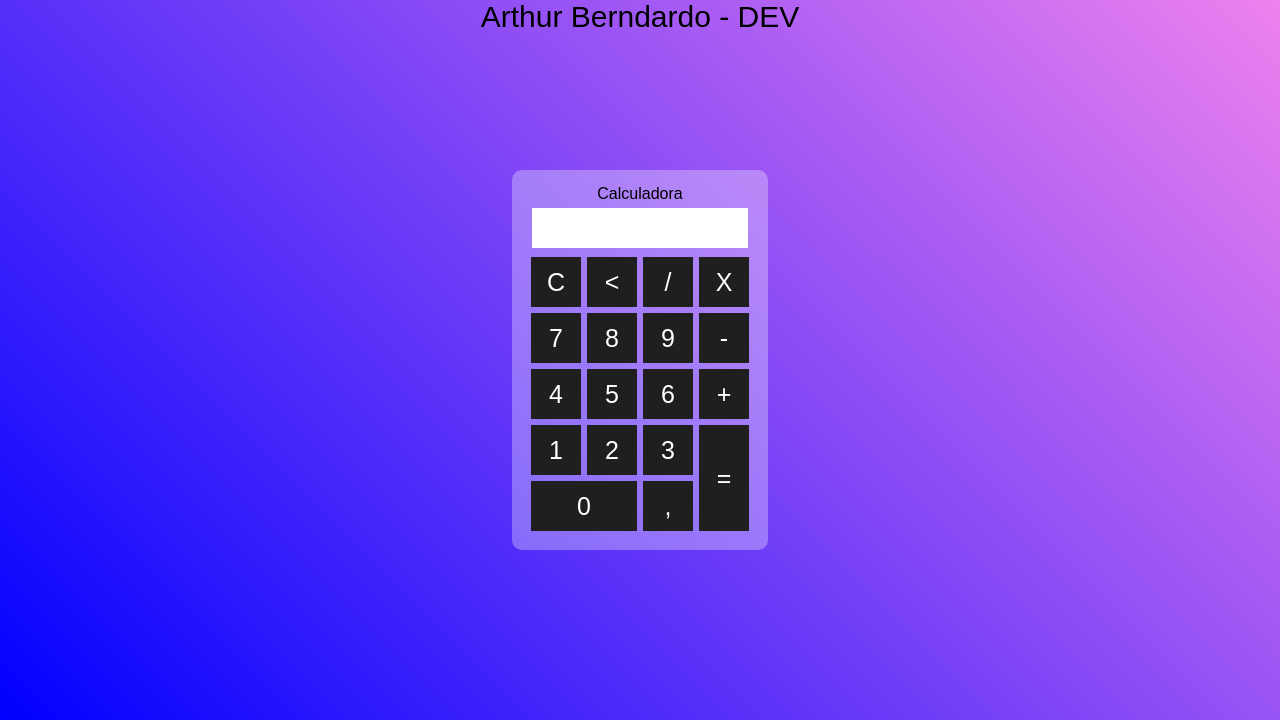
Repository: oThurDev/calculadora
Page: calculadora.html
The author's editor kept a copy of each file at every save. The page is drawn from the files as they stood at one save, then again after the next save.
The browser window is 1280 px wide. The pictures show the whole page.

Above is the page before, as saved 2022-02-25 16:34:35.

After the next save:
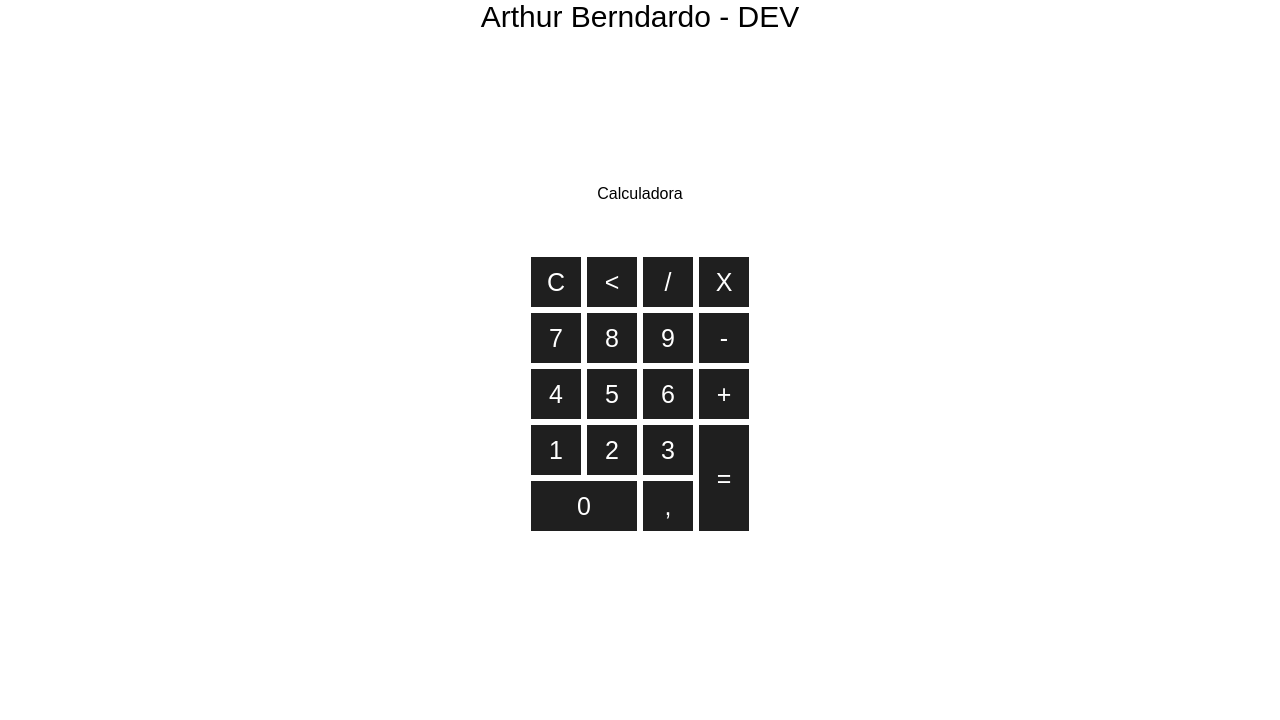
Saved 2 min 11 s later.
--- a/style_calculadora.css
+++ b/style_calculadora.css
@@ -4,7 +4,7 @@
 }
 
 .fundo{
-    background-image: linear-gradient(45deg, blue, violet);
+    background-image: linear-gradientbackground-image:(180deg, #66c4e8 0, #6ec3eb 8.33%, #76c1ee 16.67%, #7fbff0 25%, #89bdf2 33.33%, #93bbf2 41.67%, #9db9f2 50%, #a7b7f1 58.33%, #b1b4ef 66.67%, #bab2ec 75%, #c3afe8 83.33%, #ccade4 91.67%, #d3abdf 100%);
     height: 100vh;
     color: black;
     font-family: Arial, Helvetica, sans-serif;

After the 2 saves that followed:
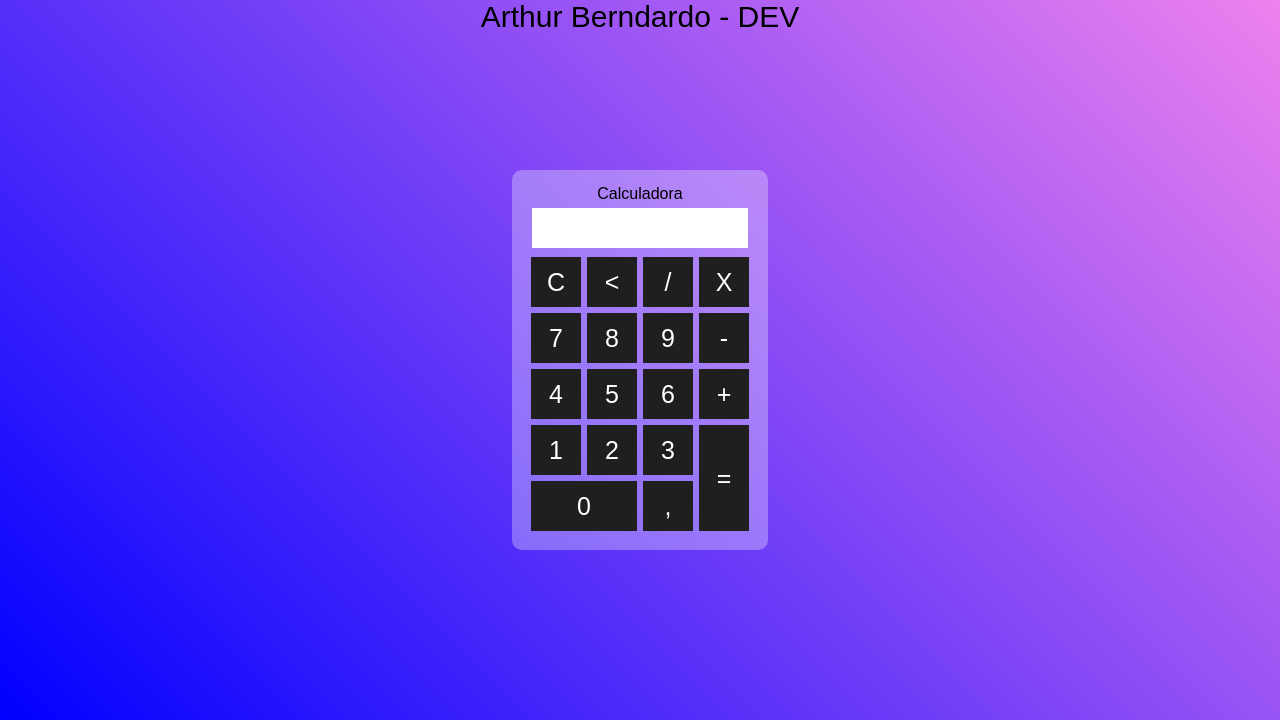
The 2 saves are shown as one change because 1 left the picture as it was.
The last was saved 24 s later.
--- a/style_calculadora.css
+++ b/style_calculadora.css
@@ -4,7 +4,7 @@
 }
 
 .fundo{
-    background-image: linear-gradientbackground-image:(180deg, #66c4e8 0, #6ec3eb 8.33%, #76c1ee 16.67%, #7fbff0 25%, #89bdf2 33.33%, #93bbf2 41.67%, #9db9f2 50%, #a7b7f1 58.33%, #b1b4ef 66.67%, #bab2ec 75%, #c3afe8 83.33%, #ccade4 91.67%, #d3abdf 100%);
+    background-image: linear-gradient(45deg, blue, violet);
     height: 100vh;
     color: black;
     font-family: Arial, Helvetica, sans-serif;
